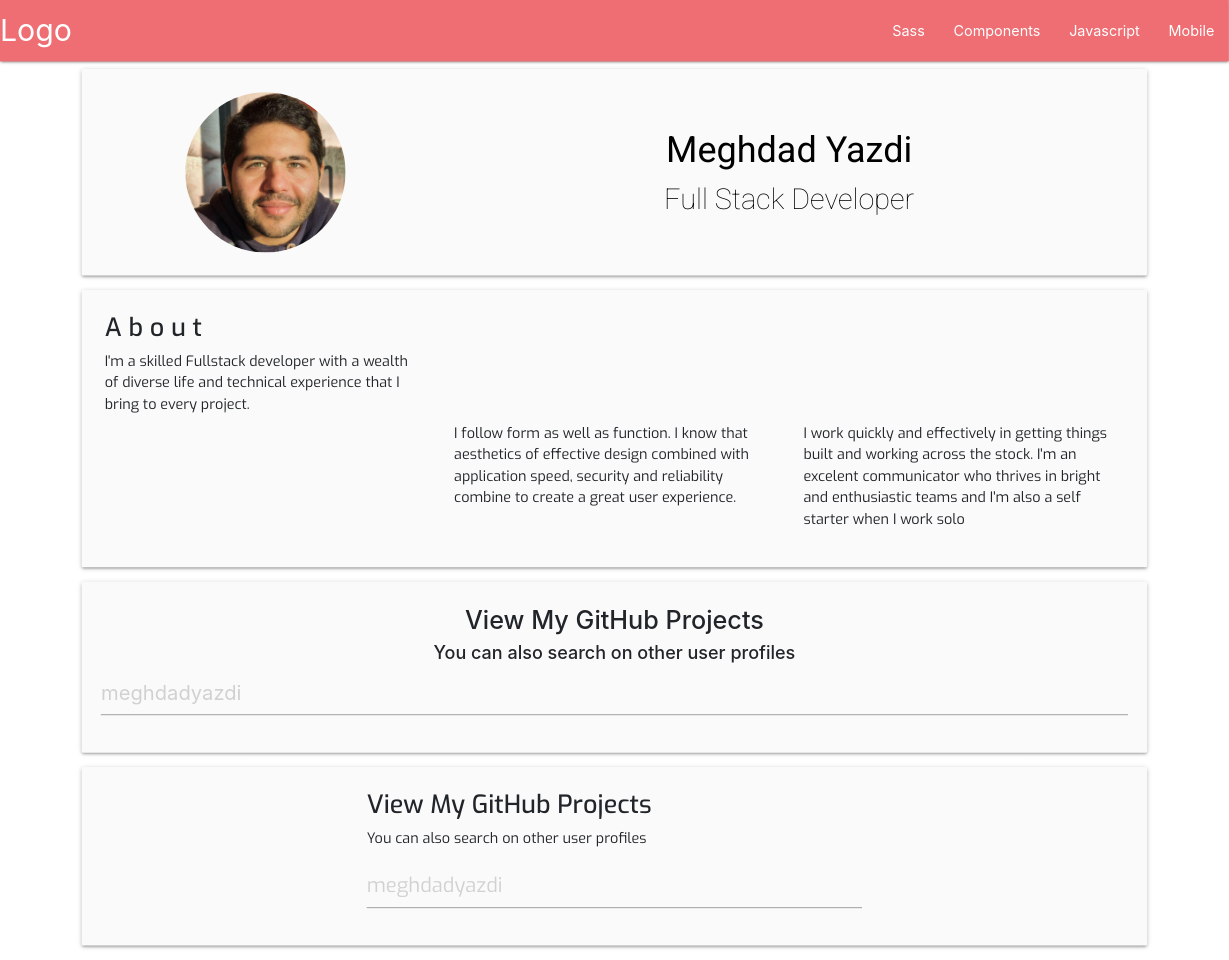
Repository: meghdadyazdi/SD_Res
Page: index.html
The author's editor kept a record of every edit. The page is drawn from the files as they stood at one moment, then again after the next edit.
The browser window is 1280 px wide. The pictures show the whole page, at 96% of full size.

Above is the page before.
Console error: ReferenceError: $ is not defined

After the next edit:
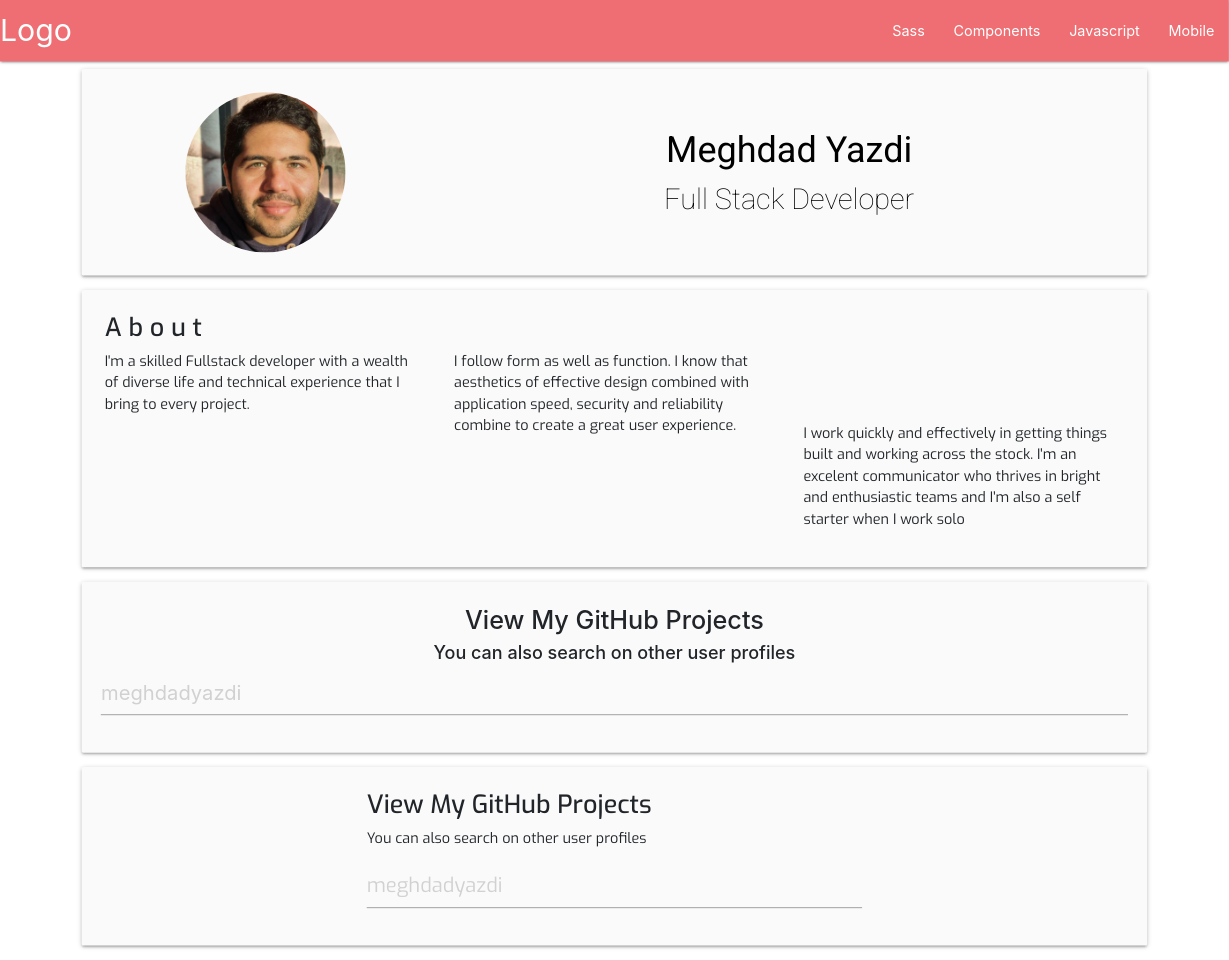
The edit:
--- a/index.html
+++ b/index.html
@@ -74,7 +74,7 @@
               I'm a skilled Fullstack developer with a wealth of diverse life and technical experience that I bring to every project.
             </p>
             </div>
-            <div class="col-sm-6 col-md-4 text_font">
+            <div class="col-sm-6 col-md-4 text_font m0">
               <!--<h3>HOW DO I DO IT?</h3>-->
             <p>
               I follow form as well as function. I know that aesthetics of effective design combined with application speed, security and reliability combine to create a great user experience.
